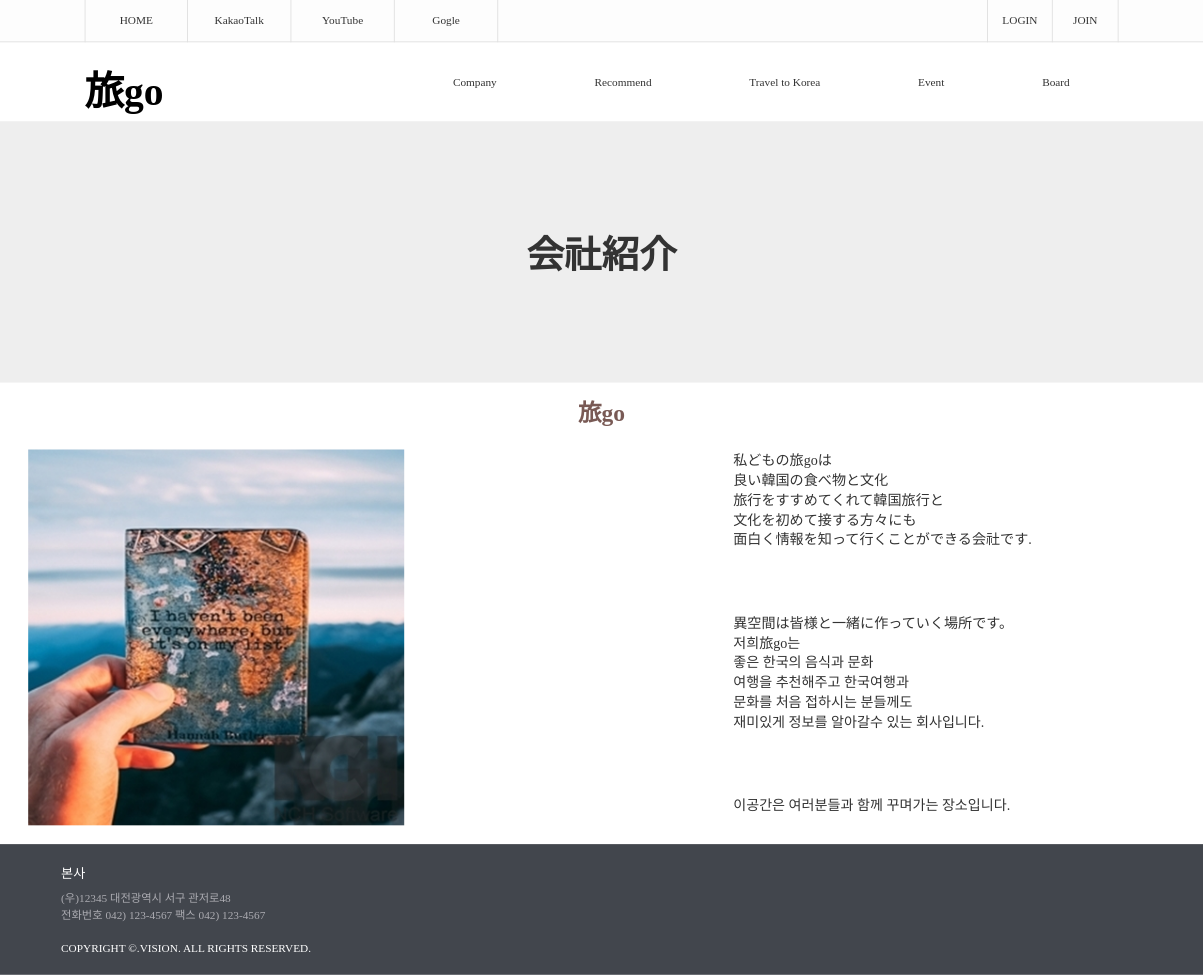
Repository: ddd5733/MVC-Pattern
Page: http://localhost/ksy_servlet_homepage/company/company01.jsp
These files come from the project's save history. The page is drawn as it stood at one moment and after the next save; the edit follows.
The browser window is 1280 px wide. The pictures show the whole page, at 94% of full size.
The page is served by Tomcat 9.

Above is the page before, as saved 2020-01-08 03:40:39.

After the next save:
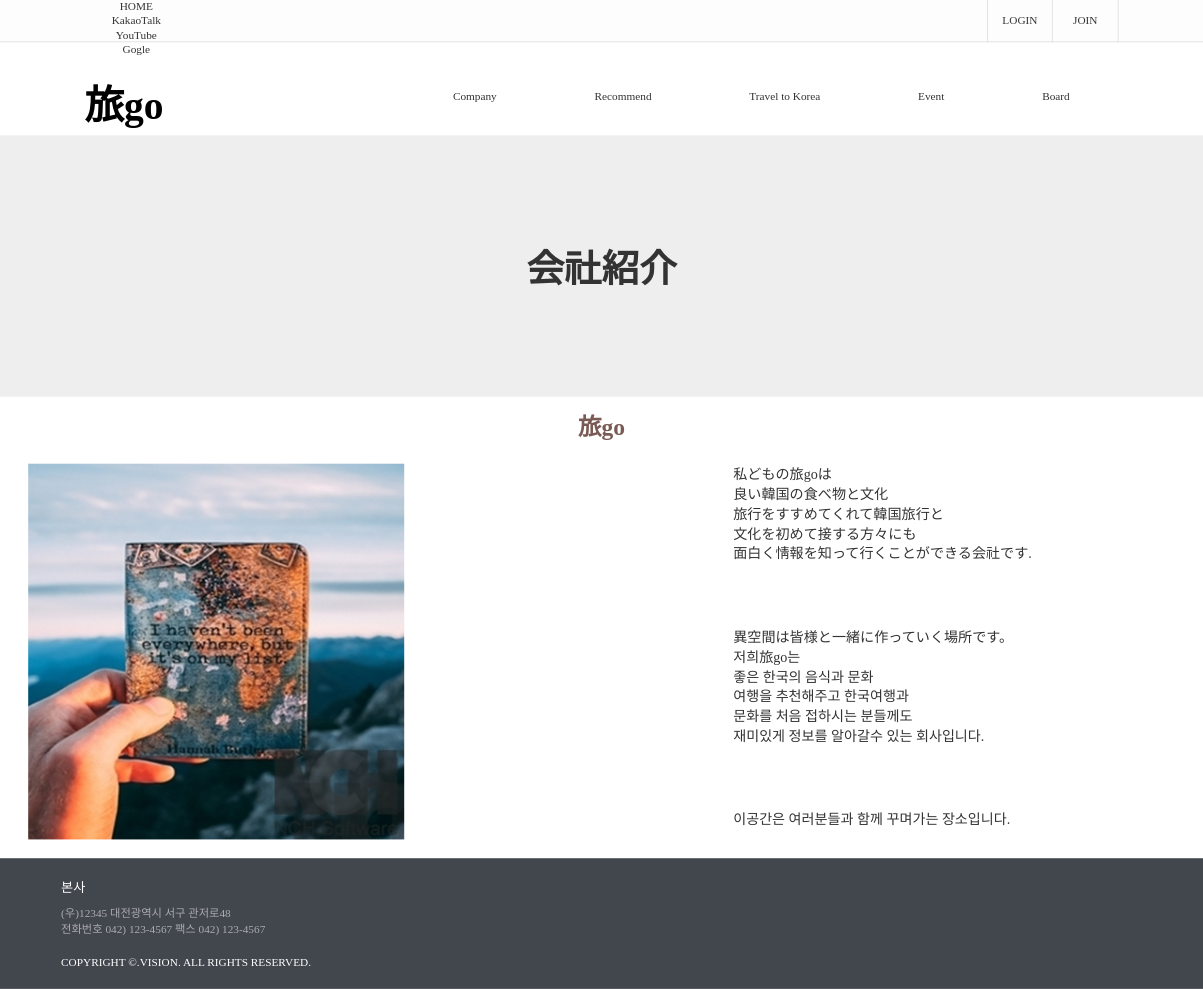
Saved 39 s later.
--- a/김성용_eclipse_source/ksy_servlet_homepage/WebContent/common/header.jsp
+++ b/김성용_eclipse_source/ksy_servlet_homepage/WebContent/common/header.jsp
@@ -122,12 +122,14 @@
 	<div class="top_navigation">
 		<header class="header">
 			<nav class="top_left">
+				<form name="js-youtubeForm">
 				<ul>
 					<li class="first"><a href="/Index">HOME</a></li>
 					<li><a href="https://www.kakaocorp.com/service/KakaoTalk">KakaoTalk</a></li>
 					<li>YouTube</li>
 					<li><a href="#">Gogle</a></li>
 				</ul>
+				</form>
 			</nav>
 
 			<nav class="top_right">
